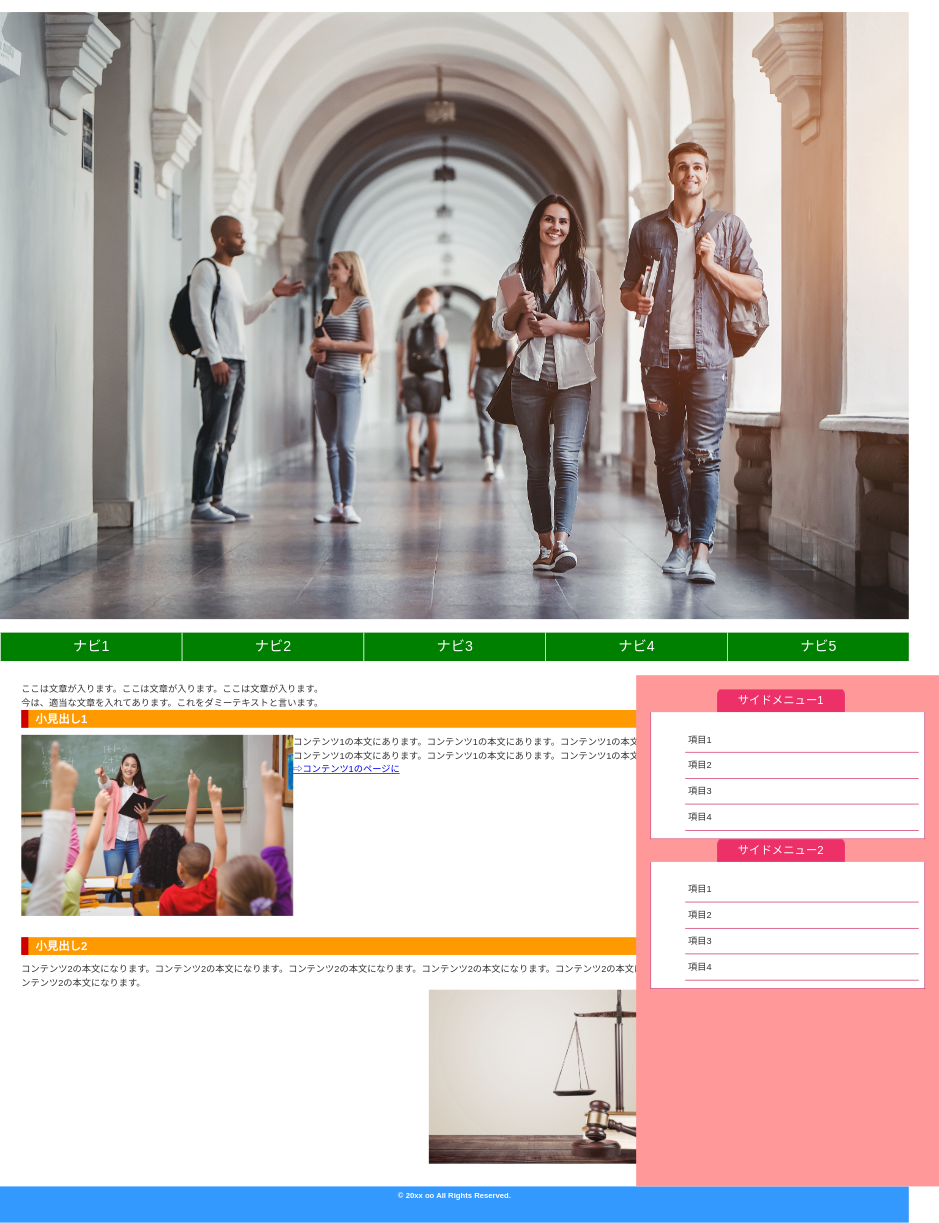
Repository: 777yuuki/samurai_HTML-CSS
Page: testo.html
The author's editor kept a record of every edit. The page is drawn from the files as they stood at one moment, then again after the next edit.
The browser window is 1280 px wide. The page is 1323 px wide, so the pictures cover 1323 px, including what lies to the right of the window. The pictures show the whole page, at 71% of full size.
The pointer rests on the first visible `.nav ul li a`.

Above is the page before.

### testo.html
<!DOCTYPE html>
<html lang="ja">
<head>
    <meta charset="UTF-8">
    <meta name="viewport" content="width=device-width, initial-scale=1.0">
    <meta http-equiv="X-UA-Compatible" content="ie=edge">
    <title>テストホームページ</title>
    <link rel="stylesheet" href="testo.css" type="text/css" />
</head>
<body>
    <div class="header">
        <h1><a href="testo.html"><img id="corridor" src="images/corridor.jpg" alt="校舎"></a></h1>
    </div>
    <div class="wrapper">
        <div class="nav">
            <ul>
                <li><a href="#">ナビ1</a></li>
                <li><a href="#">ナビ2</a></li>
                <li><a href="#">ナビ3</a></li>
                <li><a href="#">ナビ4</a></li>
                <li><a href="#">ナビ5</a></li>
            </ul>
        </div>
        <div class="container">
            <div class="main">
               <p>ここは文章が入ります。ここは文章が入ります。ここは文章が入ります。<br>今は、適当な文章を入れてあります。これをダミーテキストと言います。</p>
               <div class="main-post">
                   <h1>小見出し1</h1>
                   <img id="classroom" src="images/classroom.jpg" alt="教室">
                   <p>コンテンツ1の本文にあります。コンテンツ1の本文にあります。コンテンツ1の本文にあります。コンテンツ1の本文にあります。コンテンツ1の本文にあります。コンテンツ1の本文にあります。
                   </p>
                   <p class="blue"><a href="#">⇨コンテンツ1のページに<a/></p>
               </div>
               <div class="main-post">
                   <h1>小見出し2</h1>
                   <p>コンテンツ2の本文になります。コンテンツ2の本文になります。コンテンツ2の本文になります。コンテンツ2の本文になります。コンテンツ2の本文になります。コンテンツ2の本文になります。
                   </p>
                   <img  id="scale" src="images/scale.jpg">
               </div>
            </div>
            <div class="side">
                <div class="side-main">
                    <div class="side-title">
                        サイドメニュー1
                    </div>
                    <div class="side-box">
                            <ul>
                                <li>項目1</li>
                                <li>項目2</li>
                                <li>項目3</li>
                                <li>項目4</li>
                            </ul>
                    </div>
                </div>
                <div class="side-main">
                    <div class="side-title">
                        サイドメニュー2
                    </div>
                        <div class="side-box">
                            <ul>
                                <li>項目1</li>
                                <li>項目2</li>
                                <li>項目3</li>
                                <li>項目4</li>
                            </ul>
                </div>
            </div>
        </div>
    </div>
    <div class="footer">
        <small>&copy; 20xx oo All Rights Reserved.</small>
    </div>
</body>
</html>

### testo.css
/*--- body ---*/
body{
    margin: 0;
    padding: 0;
    font-family: "ヒラギノ角ゴ Pro W3", "Hiragino Kaku Gothic Pro", "メイリオ", Meiryo, Osaka, "ＭＳ Ｐゴシック", "MS PGothic", sans-serif;
    color: #333;
    font-size: 13px;
    line-height: 150%;
}

/*--- header ---*/
.header{
    width:100%;
}
#corridor{
    width:100%;
}

/*--- wrapper ---*/
.wrapper{
    width: 100%;
    margin: auto;
    padding: 0;
    border: 0px;
    background-color: #fff;
}

/*--- nav ---*/
.nav{
    width:100%;
}

.nav ul{
    display: flex;
    list-style-type: none;
    margin: 0;
    padding: 0;
}

.nav ul li{
    width: 20%;
    text-align: center;
}

.nav ul li a{
    display: block;
    height: 20px;
    padding: 10px;
    margin: 0;
    color: #fff;
    font-size: 20px;
    text-decoration: none;
    border-left: 1px solid #fff;
    background-color: green;
}

/*--- container ---*/

.container{
    display: grid;
    grid-template-columns:70vw 30vw;
    clear: both;
    height: 720px;
    padding-top: 20px;

}
/*--- main ---*/
.main{
    height:700px;
    width:957px;
    padding: 10px 30px;
}

.main h1{
    font-size: 16px;
    margin: 0 0 10px 0;
    padding: 3px 10px;
    color: #fff;
    border-left: solid 10px #c00;
    background-color: #f90;
}

.main-post{
    height: 290px;
    width: 957px;
    margin: 0 0 30px 0;
}

#classroom{
    height: 255px;
    width: 383px;
    float: left;
}

#scale{
    height: 245px;
    width: 383px;
    float: right;
}

/*--- side ---*/

.side{
    height: 680px;
    width: 387px;
    padding: 20px;
    background-color: #ff9999;
}

.side-title{
    font-size: 16px;
    line-height: 16px;
    text-align: center;
    height: 16px;
    width: 351px;
    padding: 8px;
    background-position: 50% 50%;
    background-repeat: no-repeat;
    background-image: url(images/side_box_h2.png);
    color: #fff;
}

.side-top{
    background-image: url(images/side_box.png);
    background-position: 50% 100%;
    background-repeat: no-repeat;
    margin: 0 0 30px 0;
    padding: 0 0 30px 0;
}

.side-box{
    height: 162px;
    border-right: 1px solid #cc3366;
    border-bottom: 1px solid #cc3366;
    border-left: 1px solid #cc3366;
    padding: 8px;
    background-color: #fff;
}
.side-box li{
    border-bottom: 1px solid #cc3366;
    padding: 8px 0 8px 4px;
    list-style-type: none;
}

/*--- p ---*/

p{
    height: 39px;
    width: 957px;
    margin: 0;
}

/*--- footer ---*/

.footer{
    font-weight: 700;
    text-align: center;
    background-color: #3399ff;
    height: 45.5px;
    padding: 3px 0;
    color: #FFF;
    clear: both;
}
.footer p{
    font-size: 13px;
    height: 19.5px;
    width: 100%;
    margin: 13px 0;
}

After the next edit:
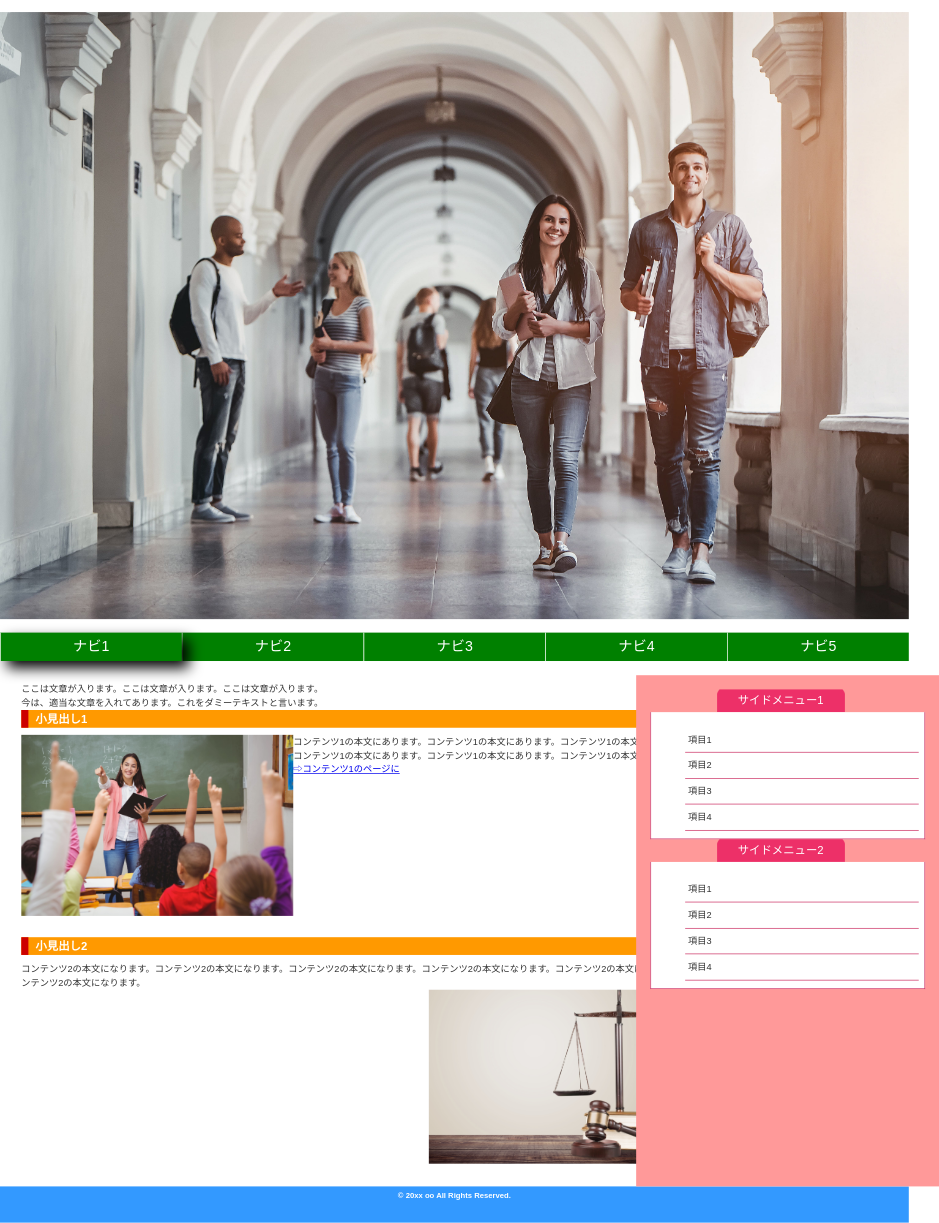
The edit:
--- a/testo.css
+++ b/testo.css
@@ -52,6 +52,10 @@
     text-decoration: none;
     border-left: 1px solid #fff;
     background-color: green;
+}
+
+.nav ul li a:hover{
+    filter: drop-shadow(10px 10px 10px black);
 }
 
 /*--- container ---*/
